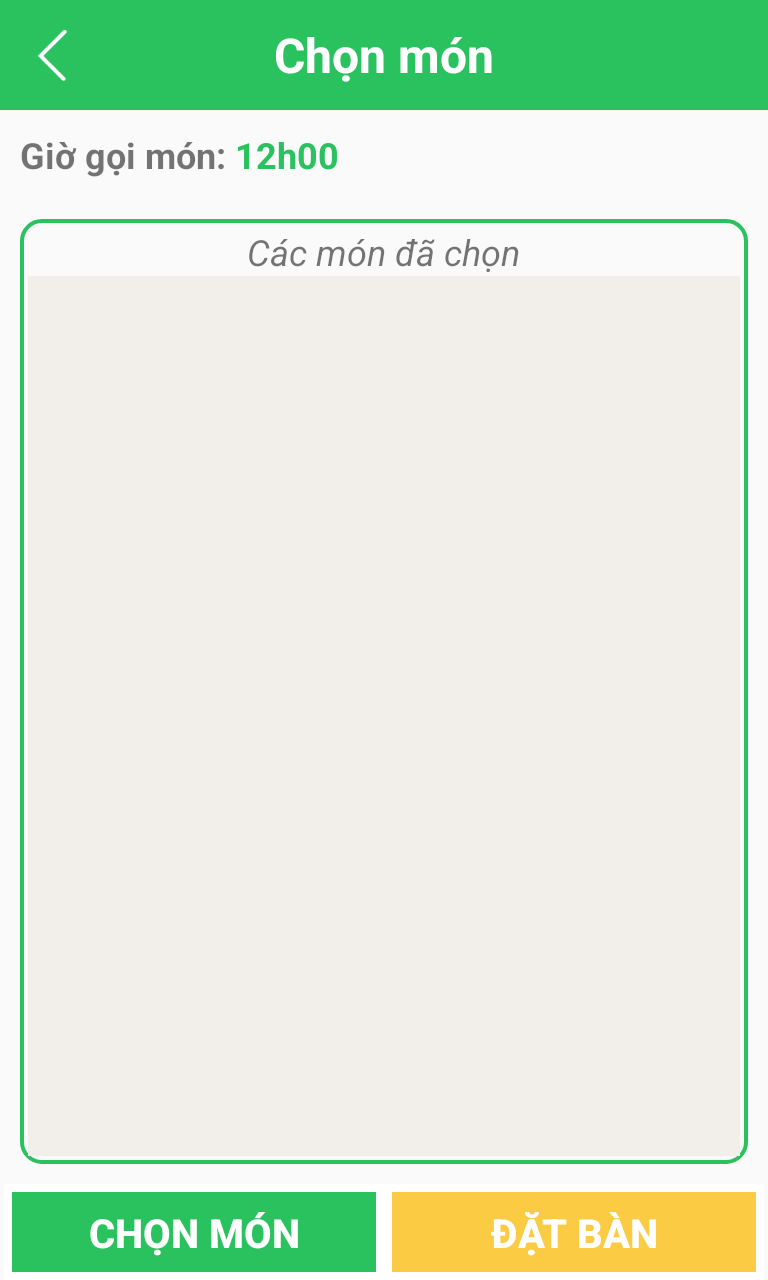
Repository: yenthanh132/Intelresment_AndroidClientApp
Layout: Intelresment/res/layout/activity_order.xml
These files come from the project's save history. The layout is drawn as it stood at one moment and after the next save; the edit follows.
It is drawn on a 768 x 1280 px phone screen (xhdpi) without system bars, with theme AppTheme; the app's code is not run. Lists and similar views that code fills are empty.

Above is the layout before, as saved 2014-12-27 07:30:40.

After the next save:
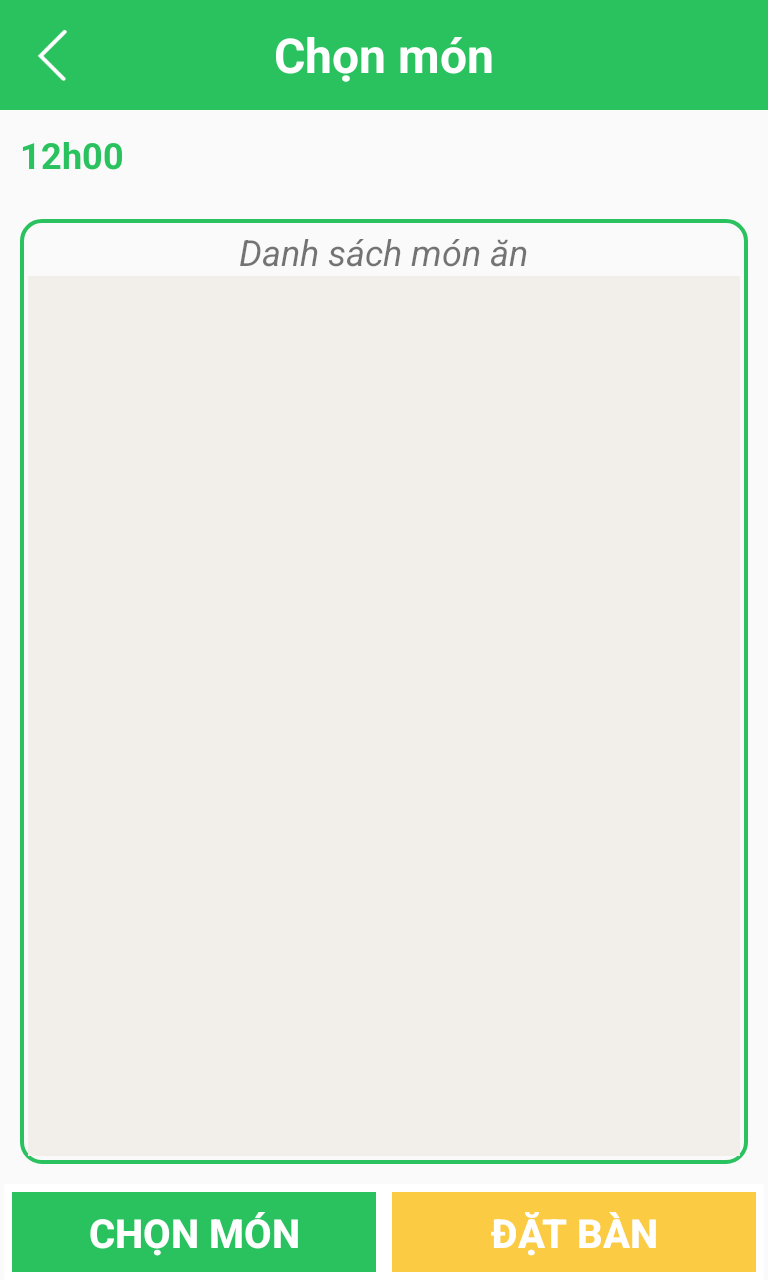
Saved 6 min 51 s later.
--- a/Intelresment/res/layout/activity_order.xml
+++ b/Intelresment/res/layout/activity_order.xml
@@ -37,13 +37,7 @@
         android:layout_below="@+id/header"
         android:padding="10dp" >
 
-        <TextView
-            android:id="@+id/tvLabel1"
-            android:layout_width="wrap_content"
-            android:layout_height="wrap_content"
-            android:text="Giờ gọi món: "
-            android:textSize="18sp"
-            android:textStyle="bold" />
+
 
         <TextView
             android:id="@+id/tvOrderDate"
@@ -56,7 +50,7 @@
             android:textStyle="bold" />
 
         <RelativeLayout
-            android:id="@+id/panelOrderedFood"
+            android:id="@+id/panelFood"
             android:layout_width="match_parent"
             android:layout_height="wrap_content"
             android:layout_below="@+id/tvOrderDate"
@@ -69,7 +63,7 @@
                 android:layout_width="wrap_content"
                 android:layout_height="wrap_content"
                 android:layout_centerHorizontal="true"
-                android:text="Các món đã chọn"
+                android:text="Danh sách món ăn"
                 android:textSize="18sp"
                 android:textStyle="italic" />
 
